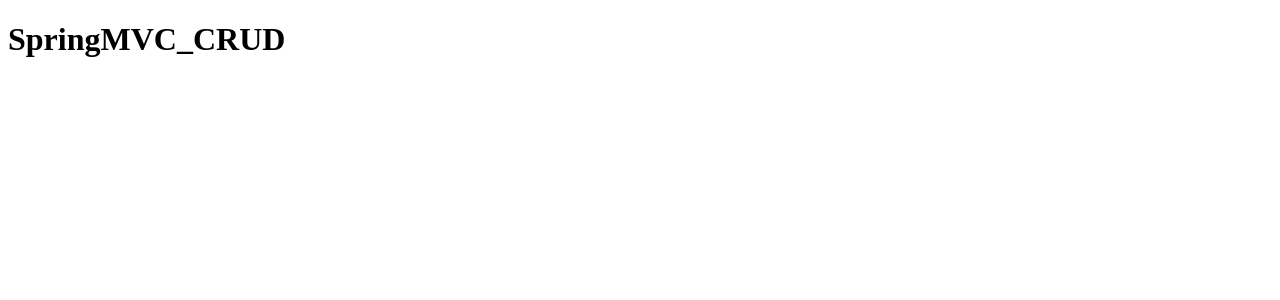
Repository: loseminho/khAcademy-Study
Page: http://localhost/02_SpringMVC_CRUD/
An editor plug-in stored every save of this project. The page is shown before and after a run of saves, followed by the edit.
The browser window is 1280 px wide. The pictures show the whole page.
The page is served by Tomcat 9.

Above is the page before, as saved 2022-09-30 00:53:11.

After the next 2 saves:
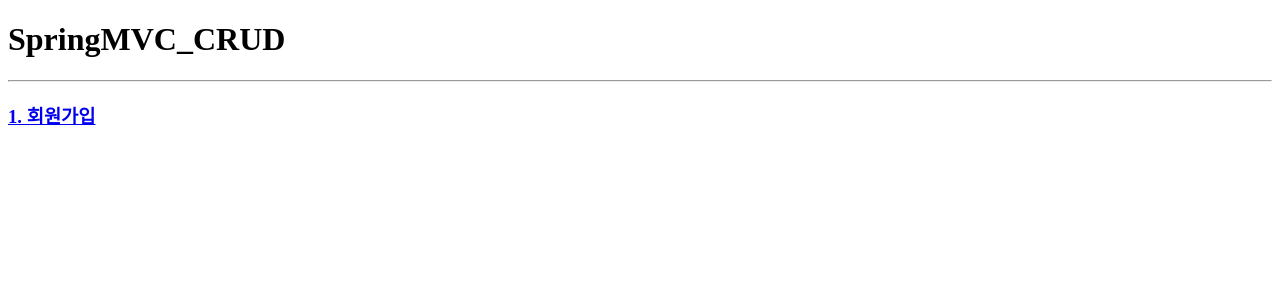
The 2 saves are shown as one change because they came seconds apart.
The last was saved 103 min 44 s later.
--- a/spring/workspace-sts-3.9.13.RELEASE/02_SpringMVC_CRUD/src/main/webapp/index.jsp
+++ b/spring/workspace-sts-3.9.13.RELEASE/02_SpringMVC_CRUD/src/main/webapp/index.jsp
@@ -8,5 +8,8 @@
 </head>
 <body>
 	<h1>SpringMVC_CRUD</h1>
+	<hr>
+	<h3><a href="/joinFrm.do">1. 회원가입</a></h3>
+
 </body>
 </html>
